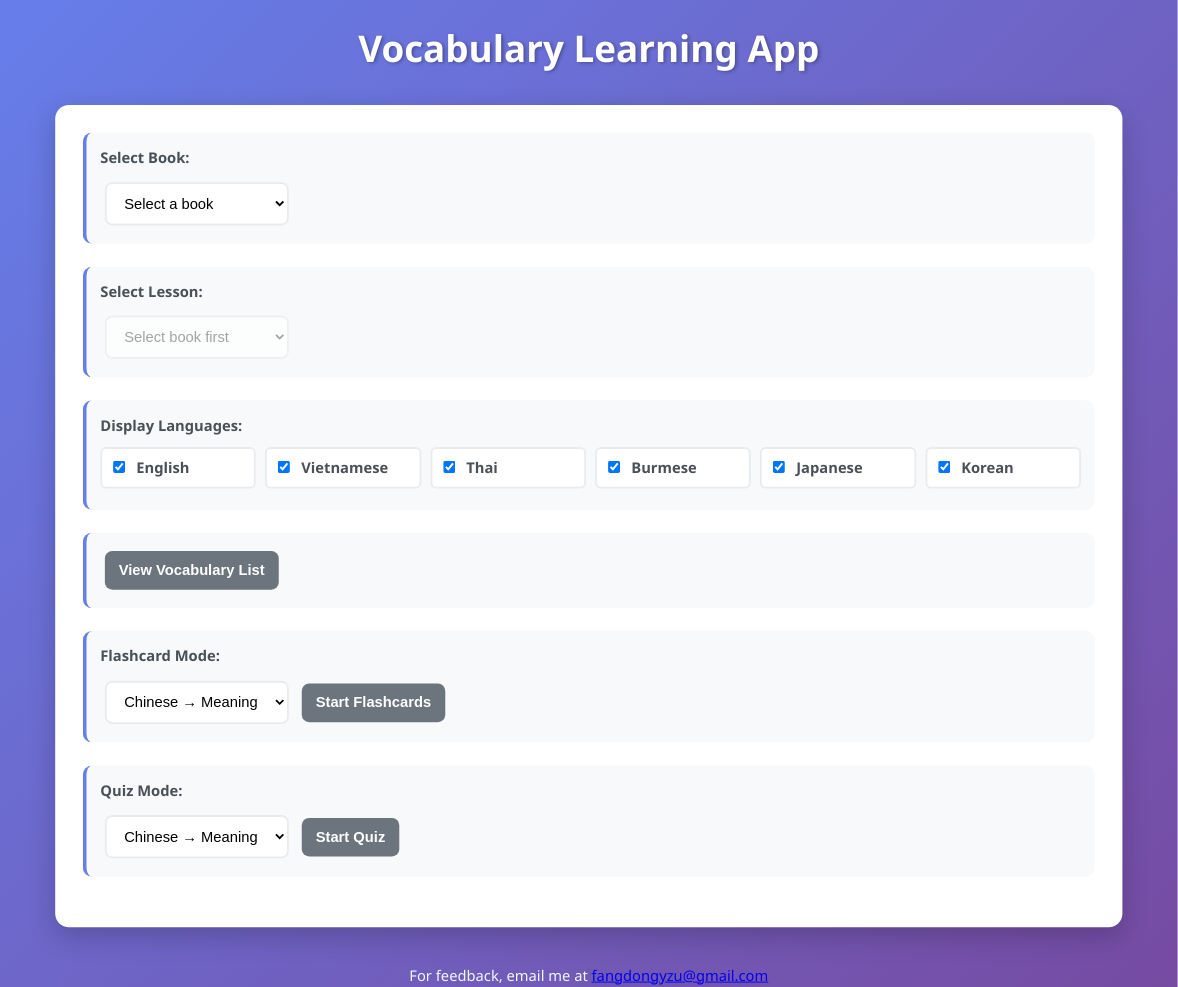
Repository: fangdongyzu/dangdaiflashcards
Page: index.html
These files come from the project's save history. The page is drawn as it stood at one moment and after the next save; the edit follows.
The browser window is 1280 px wide. The pictures show the whole page, at 92% of full size.

Above is the page before, as saved 2025-11-28 09:55:52.

### index.html
<!DOCTYPE html>
<html lang="en">
<head>
    <meta charset="UTF-8">
    <meta name="viewport" content="width=device-width, initial-scale=1.0">
    <title>Vocabulary Learning App</title>
    <link rel="stylesheet" href="style.css">
</head>
<body>
    <div class="container">
        <header>
            <h1>Vocabulary Learning App</h1>
        </header>

        <div id="control-panel">
            <!-- Book and Lesson Selection -->
            <div class="control-group">
                <label for="book-select">Select Book:</label>
                <select id="book-select">
                    <option value="">Select a book</option>
                    <option value="B1">Book 1</option>
                    <option value="B2">Book 2</option>
                    <option value="B3">Book 3</option>
                    <option value="B4">Book 4</option>
                    <option value="B5">Book 5</option>
                    <option value="B6">Book 6</option>
                </select>
            </div>

            <div class="control-group">
                <label for="lesson-select">Select Lesson:</label>
                <select id="lesson-select" disabled>
                    <option value="">Select book first</option>
                </select>
            </div>

            <!-- Language Selection -->
            <div class="control-group">
                <label>Display Languages:</label>
                <div class="language-selection">
                    <label class="checkbox-label">
                        <input type="checkbox" name="language" value="english" checked> English
                    </label>
                    <label class="checkbox-label">
                        <input type="checkbox" name="language" value="vietnamese" checked> Vietnamese
                    </label>
                    <label class="checkbox-label">
                        <input type="checkbox" name="language" value="thai" checked> Thai
                    </label>
                    <label class="checkbox-label">
                        <input type="checkbox" name="language" value="burmese" checked> Burmese
                    </label>
                    <label class="checkbox-label">
                        <input type="checkbox" name="language" value="japanese" checked> Japanese
                    </label>
                    <label class="checkbox-label">
                        <input type="checkbox" name="language" value="korean" checked> Korean
                    </label>
                </div>
            </div>

            <!-- Study Controls -->
            <div class="control-group">
                <button id="view-list-btn" disabled>View Vocabulary List</button>
            </div>

            <div class="control-group">
                <label for="flashcard-mode">Flashcard Mode:</label>
                <select id="flashcard-mode">
                    <option value="chinese-meaning">Chinese → Meaning</option>
                    <option value="meaning-chinese">Meaning → Chinese</option>
                    <option value="pinyin-chinese">Pinyin → Chinese</option>
                </select>
                <button id="start-flashcards-btn" disabled>Start Flashcards</button>
            </div>

            <div class="control-group">
                <label for="quiz-mode">Quiz Mode:</label>
                <select id="quiz-mode">
                    <option value="chinese-meaning">Chinese → Meaning</option>
                    <option value="meaning-chinese">Meaning → Chinese</option>
                    <option value="chinese-pinyin">Chinese → Pinyin</option>
                    <option value="pinyin-chinese">Pinyin → Chinese</option>
                </select>
                <button id="start-quiz-btn" disabled>Start Quiz</button>
            </div>
        </div>

        <!-- Study Area -->
        <div id="study-area" class="hidden">
            <!-- Vocabulary List View -->
            <div id="list-view" class="hidden">
                <div class="study-header">
                    <h2>Vocabulary List - Lesson <span id="current-lesson-display"></span></h2>
                    <button class="exit-btn">← Back to Controls</button>
                </div>
                <div class="table-container">
                    <table id="vocab-table">
                        <thead>
                            <tr>
                                <th>Chinese</th>
                                <th>Pinyin</th>
                                <th>Translations</th>
                            </tr>
                        </thead>
                        <tbody id="vocab-table-body"></tbody>
                    </table>
                </div>
            </div>

            <!-- Flashcard View -->
            <div id="flashcard-view" class="hidden">
                <div class="study-header">
                    <h2>Flashcards - Lesson <span id="fc-lesson-display"></span></h2>
                    <button class="exit-btn">← Back to Controls</button>
                </div>

                <div class="flashcard-container">
                    <div class="progress-bar">
                        <div id="flashcard-progress" class="progress-fill"></div>
                    </div>
                    <div class="progress-text" id="fc-progress">0/0</div>

                    <div id="flashcard" class="flashcard">
                        <div class="card-face card-front">
                            <div id="card-front-content"></div>
                        </div>
                        <div class="card-face card-back">
                            <div id="card-back-content"></div>
                        </div>
                    </div>

                    <div class="flashcard-controls">
                        <button id="prev-btn">Previous</button>
                        <button id="next-btn">Next</button>
                    </div>
                </div>
            </div>

            <!-- Quiz View -->
            <div id="quiz-view" class="hidden">
                <div class="study-header">
                    <h2>Quiz - Lesson <span id="quiz-lesson-display"></span></h2>
                    <button class="exit-btn">← Back to Controls</button>
                </div>

                <div class="quiz-container">
                    <div class="quiz-progress">
                        <div class="progress-bar">
                            <div id="quiz-progress" class="progress-fill"></div>
                        </div>
                    </div>

                    <div class="quiz-stats">
                        <div class="score">Score: <span id="quiz-score">0</span></div>
                    </div>

                    <div class="question-area">
                        <div id="quiz-question" class="question"></div>
                    </div>

                    <div id="quiz-options" class="options-grid"></div>

                    <div id="quiz-feedback" class="feedback"></div>

                    <button id="next-question-btn" class="hidden">Next Question</button>

                    <div id="quiz-result" class="result hidden">
                        <h3>Quiz Complete!</h3>
                        <div id="final-score" class="final-score"></div>
                        <button id="retry-quiz-btn">Try Again</button>
                    </div>
                </div>
            </div>
        </div>
    </div>

    <script src="script.js"></script>
</body>
<footer style="text-align: center; color: aliceblue;font-size: 1em;">
    For feedback, email me at <a href="mailto:fangdongyzu@gmail.com">fangdongyzu@gmail.com</a>
</footer>
</html>

### style.css
* {
    margin: 0;
    padding: 0;
    box-sizing: border-box;
}

body {
    font-family: 'Segoe UI', Tahoma, Geneva, Verdana, sans-serif;
    line-height: 1.6;
    color: #333;
    background: linear-gradient(135deg, #667eea 0%, #764ba2 100%);
    min-height: 100vh;
}

.container {
    max-width: 1200px;
    margin: 0 auto;
    padding: 20px;
}

header {
    text-align: center;
    margin-bottom: 30px;
}

header h1 {
    color: white;
    font-size: 2.5rem;
    text-shadow: 2px 2px 4px rgba(0,0,0,0.3);
}

/* Control Panel */
#control-panel {
    background: white;
    border-radius: 15px;
    padding: 30px;
    box-shadow: 0 10px 30px rgba(0,0,0,0.2);
    margin-bottom: 20px;
}

.control-group {
    margin-bottom: 25px;
    padding: 15px;
    background: #f8f9fa;
    border-radius: 10px;
    border-left: 4px solid #667eea;
}

.control-group label {
    display: block;
    margin-bottom: 8px;
    font-weight: 600;
    color: #495057;
}

select, button {
    padding: 12px 15px;
    border: 2px solid #e9ecef;
    border-radius: 8px;
    font-size: 1rem;
    margin: 5px;
    transition: all 0.3s ease;
}

select {
    background: white;
    min-width: 200px;
}

button {
    background: #667eea;
    color: white;
    border: none;
    cursor: pointer;
    font-weight: 600;
}

button:hover:not(:disabled) {
    background: #5a6fd8;
    transform: translateY(-2px);
    box-shadow: 0 5px 15px rgba(0,0,0,0.2);
}

button:disabled {
    background: #6c757d;
    cursor: not-allowed;
    transform: none;
    box-shadow: none;
}

/* Language Selection */
.language-selection {
    display: grid;
    grid-template-columns: repeat(auto-fit, minmax(120px, 1fr));
    gap: 10px;
    margin-top: 10px;
}

.checkbox-label {
    display: flex;
    align-items: center;
    padding: 8px 12px;
    background: white;
    border-radius: 6px;
    border: 2px solid #e9ecef;
    cursor: pointer;
    transition: all 0.3s ease;
}

.checkbox-label:hover {
    border-color: #667eea;
    background: #f8f9ff;
}

.checkbox-label input {
    margin-right: 8px;
}

/* Study Area */
#study-area {
    background: white;
    border-radius: 15px;
    padding: 30px;
    box-shadow: 0 10px 30px rgba(0,0,0,0.2);
}

.study-header {
    display: flex;
    justify-content: space-between;
    align-items: center;
    margin-bottom: 30px;
    padding-bottom: 15px;
    border-bottom: 2px solid #e9ecef;
}

.study-header h2 {
    color: #495057;
    flex: 1;
}

.exit-btn {
    background: #6c757d;
}

.exit-btn:hover {
    background: #5a6268;
}

/* Hidden utility */
.hidden {
    display: none !important;
}

/* Vocabulary List */
.table-container {
    overflow-x: auto;
}

#vocab-table {
    width: 100%;
    border-collapse: collapse;
    background: white;
    border-radius: 10px;
    overflow: hidden;
    box-shadow: 0 5px 15px rgba(0,0,0,0.1);
}

#vocab-table th {
    background: #667eea;
    color: white;
    padding: 15px;
    text-align: left;
    font-weight: 600;
}

#vocab-table td {
    padding: 12px 15px;
    border-bottom: 1px solid #e9ecef;
}

#vocab-table tr:hover {
    background: #f8f9ff;
}

.chinese-cell {
    font-family: 'Microsoft YaHei', 'SimHei', sans-serif;
}

/* Flashcards - UPDATED FOR TOP-DOWN FLIP */
.flashcard-container {
    max-width: 500px;
    margin: 0 auto;
    text-align: center;
}

.progress-bar {
    width: 100%;
    height: 8px;
    background: #e9ecef;
    border-radius: 4px;
    margin-bottom: 10px;
    overflow: hidden;
}

.progress-fill {
    height: 100%;
    background: #28a745;
    transition: width 0.3s ease;
}

.progress-text {
    margin-bottom: 30px;
    color: #6c757d;
    font-weight: 600;
}

.flashcard {
    width: 100%;
    height: 300px;
    perspective: 1000px;
    margin: 0 auto 30px;
    cursor: pointer;
}

.card-face {
    position: absolute;
    width: 100%;
    height: 100%;
    backface-visibility: hidden;
    border-radius: 15px;
    padding: 30px;
    display: flex;
    align-items: center;
    justify-content: center;
    box-shadow: 0 10px 30px rgba(0,0,0,0.1);
    transition: transform 0.6s ease;
}

.card-front {
    background: linear-gradient(135deg, #667eea 0%, #764ba2 100%);
    color: white;
    transform: rotateX(0deg);
}

.card-back {
    background: white;
    color: #333;
    transform: rotateX(180deg);
    border: 3px solid #667eea;
}

/* Changed from rotateY to rotateX for top-down flip */
.flashcard.flipped .card-front {
    transform: rotateX(180deg);
}

.flashcard.flipped .card-back {
    transform: rotateX(0deg);
}

.chinese-text {
    font-size: 3rem;
    font-weight: bold;
    font-family: 'Microsoft YaHei', 'SimHei', sans-serif;
}

.pinyin-text {
    font-size: 2rem;
    color: #666;
    margin-bottom: 20px;
}

.meaning-grid {
    display: grid;
    grid-template-columns: 1fr;
    gap: 10px;
    text-align: left;
    width: 100%;
}

.meaning-item {
    padding: 8px 12px;
    background: #f8f9fa;
    border-radius: 6px;
    border-left: 3px solid #667eea;
}

.meaning-label {
    font-weight: bold;
    color: #667eea;
    margin-right: 8px;
}

.flashcard-controls {
    display: flex;
    justify-content: center;
    gap: 15px;
}

/* Quiz - UPDATED FOR NEXT BUTTON POSITION */
.quiz-container {
    max-width: 800px;
    margin: 0 auto;
    position: relative;
}

.quiz-progress {
    margin-bottom: 20px;
}

.quiz-stats {
    text-align: center;
    margin-bottom: 30px;
}

.score {
    font-size: 1.2rem;
    font-weight: bold;
    color: #667eea;
}

.question {
    font-size: 2rem;
    text-align: center;
    margin-bottom: 30px;
    padding: 30px;
    background: #f8f9fa;
    border-radius: 10px;
    border-left: 4px solid #667eea;
}

.options-grid {
    display: grid;
    grid-template-columns: repeat(auto-fit, minmax(300px, 1fr));
    gap: 15px;
    margin-bottom: 20px;
}

.quiz-option {
    padding: 20px;
    background: white;
    border: 2px solid #e9ecef;
    border-radius: 10px;
    cursor: pointer;
    transition: all 0.3s ease;
    text-align: center;
}

.quiz-option:hover {
    border-color: #667eea;
    transform: translateY(-2px);
    box-shadow: 0 5px 15px rgba(0,0,0,0.1);
}

.quiz-option.correct {
    background: #d4edda;
    border-color: #28a745;
    color: #155724;
}

.quiz-option.incorrect {
    background: #f8d7da;
    border-color: #dc3545;
    color: #721c24;
}

.feedback {
    min-height: 50px;
    margin-bottom: 20px;
}

/* Next Question Button - Positioned to the right */
#next-question-btn {
    display: block;
    margin-left: auto;
    margin-right: 0;
    min-width: 150px;
}

.result {
    text-align: center;
    padding: 40px;
}

.final-score {
    font-size: 3rem;
    font-weight: bold;
    color: #667eea;
    margin: 20px 0;
}

/* Responsive */
@media (max-width: 768px) {
    .container {
        padding: 10px;
    }

    .control-group {
        padding: 10px;
    }

    .language-selection {
        grid-template-columns: 1fr 1fr;
    }

    .chinese-text {
        font-size: 2rem;
    }

    .pinyin-text {
        font-size: 1.5rem;
    }

    .flashcard {
        height: 250px;
    }

    .options-grid {
        grid-template-columns: 1fr;
    }

    .study-header {
        flex-direction: column;
        gap: 15px;
        text-align: center;
    }

    #next-question-btn {
        margin: 0 auto;
        width: 100%;
    }
}

Loaded but not shown: script.js (643 lines, source omitted)

After the next save:
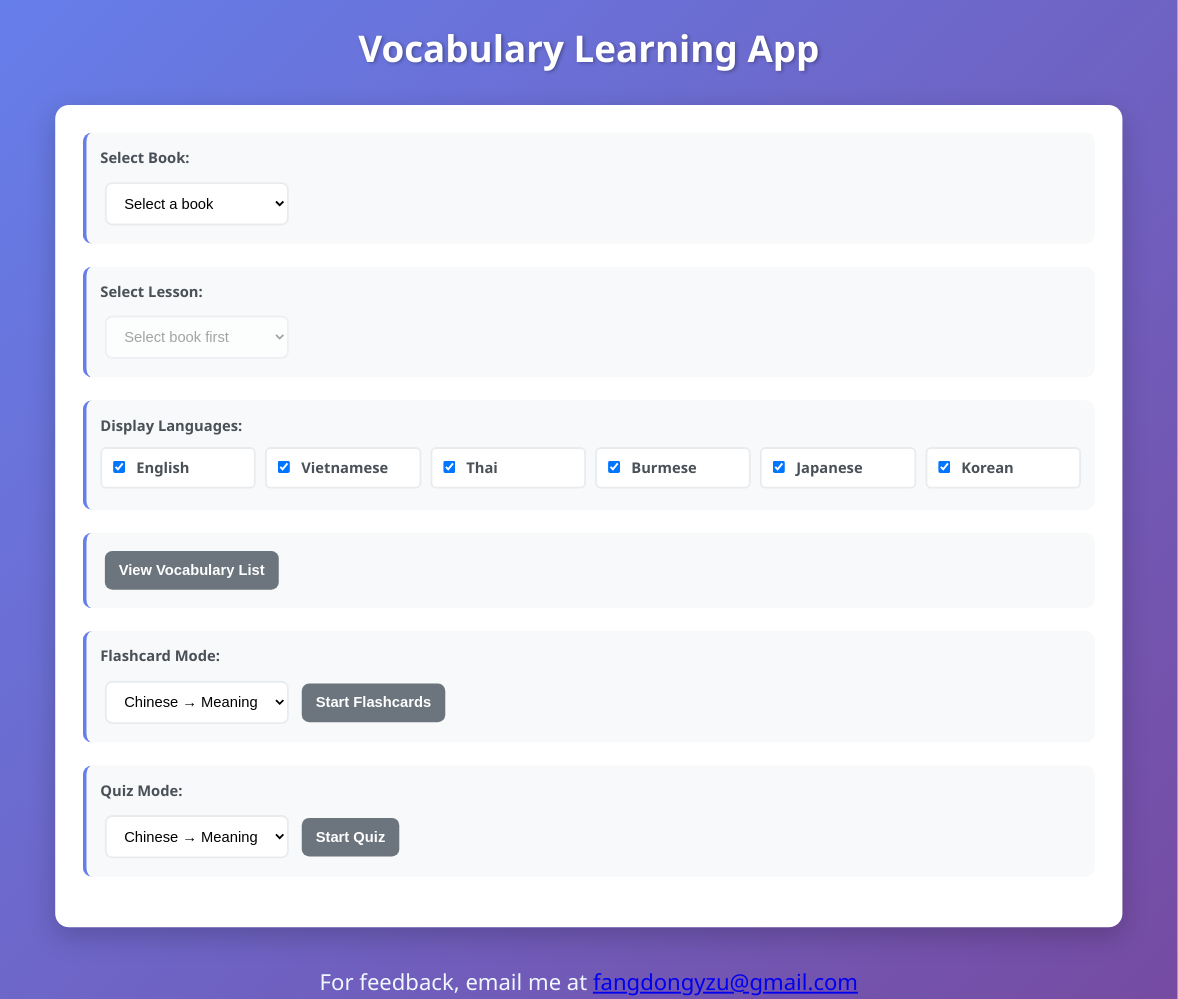
Saved 6 s later.
--- a/index.html
+++ b/index.html
@@ -177,7 +177,7 @@
 
     <script src="script.js"></script>
 </body>
-<footer style="text-align: center; color: aliceblue;font-size: 1em;">
+<footer style="text-align: center; color: aliceblue;font-size: 1.5em;">
     For feedback, email me at <a href="mailto:fangdongyzu@gmail.com">fangdongyzu@gmail.com</a>
 </footer>
 </html>
